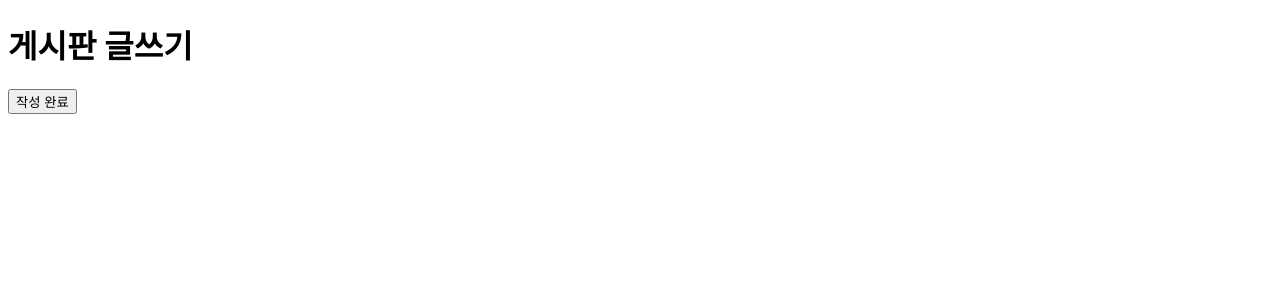
Repository: ljh5973/labweb
Page: http://localhost/JSP02/10_board.jsp
These files come from the project's save history. The page is drawn as it stood at one moment and after the next save; the edit follows.
The browser window is 1280 px wide. The pictures show the whole page.
The page is served by Tomcat 9. Other server files are loaded and not shown.

Above is the page before, as saved 2022-01-10 04:45:18.

### JSP02/webapp/10_board.jsp
<%@ page language="java" contentType="text/html; charset=UTF-8"
    pageEncoding="UTF-8"%>
<%@ page trimDirectiveWhitespaces="true"%>
<!DOCTYPE html>
<html>
	<head>
		<meta charset="UTF-8">
		<title>JSP</title>
	</head>
	<body>


	<h1>게시판 글쓰기</h1>
	<form action="10_board_result.jsp" method="post">

		<input type="submit" value="작성 완료">
	</form>
	</body>
</html>

After the next save:
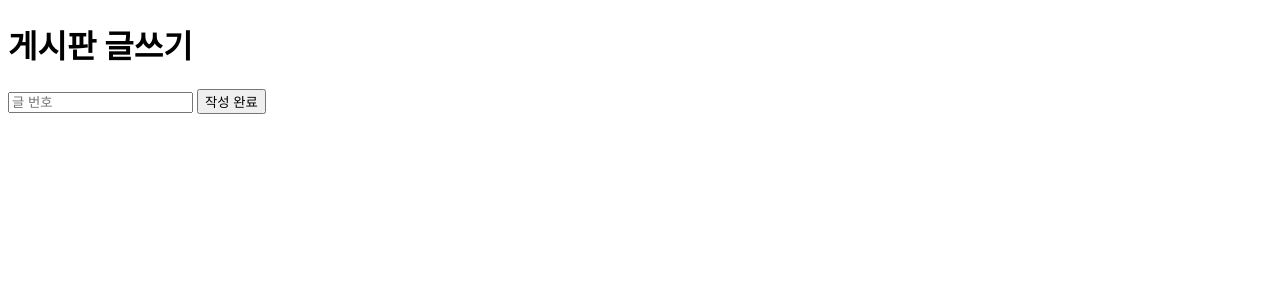
Saved 99 s later.
--- a/JSP02/webapp/10_board.jsp
+++ b/JSP02/webapp/10_board.jsp
@@ -13,6 +13,7 @@
 	<h1>게시판 글쓰기</h1>
 	<form action="10_board_result.jsp" method="post">
 
+		<input type="number" placeholder="글 번호">
 		<input type="submit" value="작성 완료">
 	</form>
 	</body>
